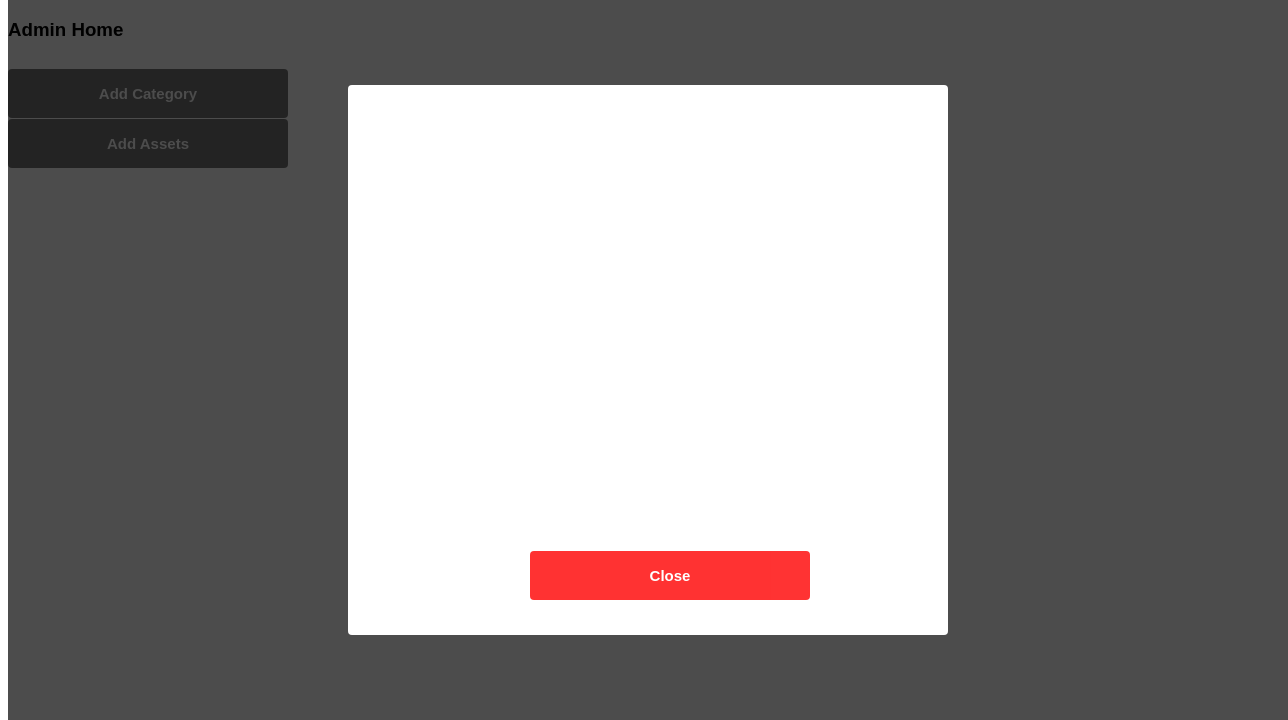
Repository: DhruvKaushal/CodeFury_404Found
Page: http://localhost/e-assets/assetadded.jsp
The author's editor kept a copy of each file at every save. The page is drawn from the files as they stood at one save, then again after the next save.
The browser window is 1280 px wide. The page is 1288 px wide, so the pictures cover 1288 px, including what lies to the right of the window. The pictures show the whole page.
The page is served by Tomcat 9. Other server files are loaded and not shown.

Above is the page before, as saved 2020-10-05 10:38:32.

### Aditya's New/E-Assets-Management/e-assets/WebContent/assetadded.jsp
<%@ page language="java" contentType="text/html; charset=ISO-8859-1"
    pageEncoding="ISO-8859-1"%>
<!DOCTYPE html>
<html>
<head>
<meta charset="ISO-8859-1">
<link rel="stylesheet" href="addassets.css">
<title>Insert title here</title>
</head>
<body>

	  <h3>Admin Home</h3>

  	<button class="open-type-button">Add Category</button>
 	<button class="open-assets-button">Add Assets</button>

    <div class="bg-modal2" id="myForm2">
        	<div class="modal-content">






             <button class="close-button" action="adminhome.jsp" class="btn"><b>Close</b></button>


        </div>
    </div>






	<script>

	function closeForm1() {
  	document.getElementById("myForm1").style.display = "none";
	}

	function openForm2() {
  		document.getElementById("myForm2").style.display = "flex";
	}

	function closeForm2() {
  	document.getElementById("myForm2").style.display = "none";
	}
	</script>

</body>
</html>

### Aditya's New/E-Assets-Management/e-assets/WebContent/addassets.css
body {font-family: Arial, Helvetica, sans-serif;}
* {box-sizing: border-box;}


.open-assets-button {
  background-color: #555;
  color: white;
  padding: 16px 20px;
  border-radius: 4px;
  border: none;
  cursor: pointer;
  opacity: 0.8;
  position: fixed;
  width: 280px;
  margin-top: 60px;
  font-weight: bold;
  font-size: 15px;
  display: inline-block;
}

.open-type-button {
  background-color: #555;
  color: white;
  padding: 16px 20px;
  border-radius: 4px;
  border: none;
  cursor: pointer;
  opacity: 0.8;
  position: fixed;
  width: 280px;
  margin-top: 10px;
  font-weight: bold;
  font-size: 15px;
  display: inline-block;
}

.close-button {
  background-color: red;
  color: white;
  padding: 16px 20px;
  border-radius: 4px;
  border: none;
  cursor: pointer;
  opacity: 0.8;
  width: 280px;
  position: absolute;
  bottom: 35px;

  margin-left: 27%;
  font-weight: bold;
  font-size: 15px;
  display:block;
}

.bg-modal {
	width: 100%;
	height: 100%;
	background-color: rgba(0,0,0,0.7);
	position: absolute;;
	top: 0;
	display: flex;
	justify-content: center;
	align-items: center;
	display: none;

}

.bg-modal2 {
	width: 100%;
	height: 100%;
	background-color: rgba(0,0,0,0.7);
	position: absolute;;
	top: 0;
	display: flex;
	justify-content: center;
	align-items: center;


}

.modal-content {
	width: 600px;
	height: 550px;
	background-color: white;
	border-radius: 4px;
	padding: 20px;
	position: relative;
}



input{
  width: 100%;
  padding: 15px;
  margin: 5px 0 22px 0;
  border: none;
  background: #f1f1f1;
}


.btn {
  background-color: #1686d9;
  color: white;
  border-radius: 4px;
  padding: 16px 20px;
  border: none;
  cursor: pointer;
  width: 50%;
  margin-top: 20px;
  margin: auto;
  opacity: 0.8;
  font-size: 20px;

  display:block;

}


.btn:hover, .open-assets-button:hover, .open-type-button:hover {
  opacity: 1;
}

.close {
	position: absolute;
	top: 0;
	right: 10px;
	font-size: 38px;
	color: #333;
	transform: rotate(45deg);
	cursor: pointer;
}

.close:hover {
		color: #666;
	}

After the next save:
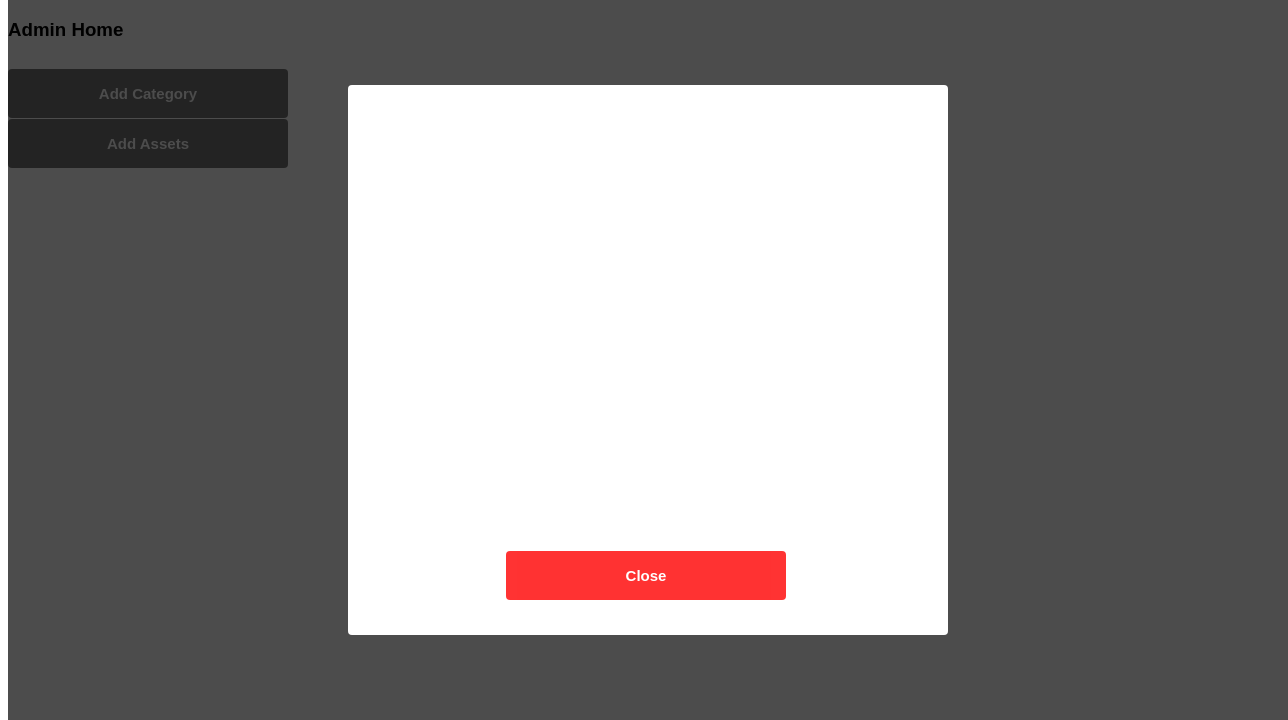
Saved 13 s later.
--- a/Aditya's New/E-Assets-Management/e-assets/WebContent/addassets.css
+++ b/Aditya's New/E-Assets-Management/e-assets/WebContent/addassets.css
@@ -46,7 +46,7 @@ body {font-family: Arial, Helvetica, sans-serif;}
   position: absolute;
   bottom: 35px;
 
-  margin-left: 27%;
+  margin-left: 23%;
   font-weight: bold;
   font-size: 15px;
   display:block;
